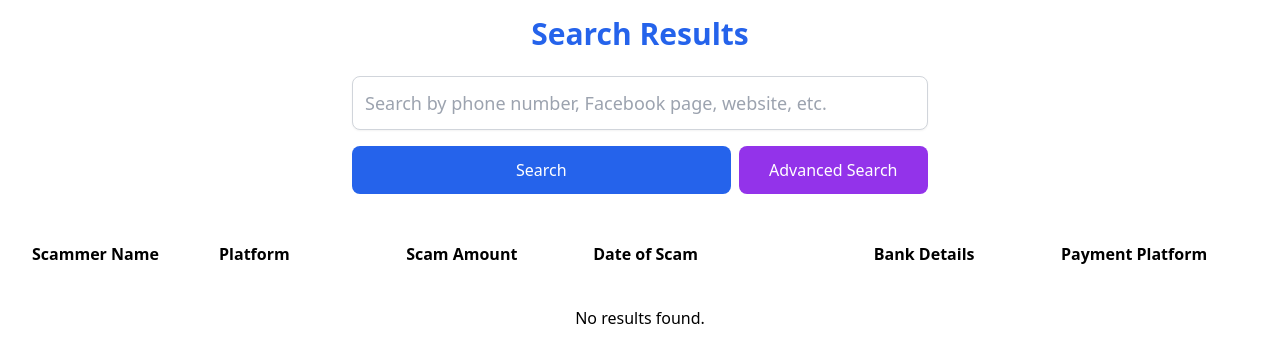
Repository: dev-athar/protarok
Page: /search
These files come from the project's save history. The page is drawn as it stood at one moment and after the next save; the edit follows.
The browser window is 1280 px wide. The pictures show the whole page.
The project was rebuilt for these pictures with package versions that can differ from the ones it lists, and the page was loaded fresh each time. Also part of the build but not shown: vite.config.ts, src/pages/RecentScamsList.tsx, src/pages/HomePage.tsx, src/pages/SubmitScamPage.tsx, src/pages/ImageUploader.tsx, src/pages/AdvancedSearchPage.tsx.

Above is the page before, as saved 2025-01-01 14:44:41.

After the next save:
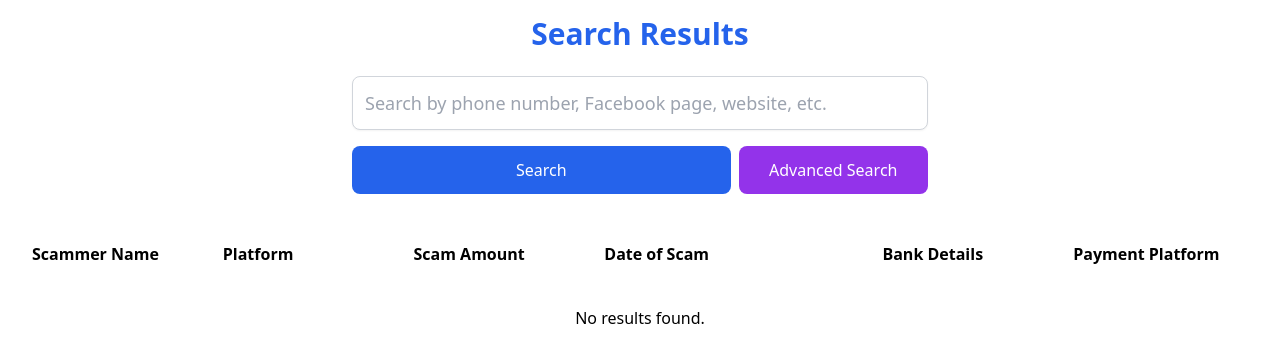
Saved 78 s later.
--- a/src/pages/SearchPage.tsx
+++ b/src/pages/SearchPage.tsx
@@ -54,7 +54,7 @@ const SearchPage = () => {
       <SearchBar onSearch={handleSearch} initialQuery={searchTerm} />
       <div className="mt-4">
         {/* Table Heading */}
-        <div className="grid grid-cols-[1fr_1fr_1fr_1.5fr_1fr_1fr] font-bold  p-4 rounded-t">
+        <div className="grid grid-cols-[1fr_1fr_1fr_1.5fr_1fr_1fr] font-bold  p-4 rounded-t gap-4">
           <span className="text-left">Scammer Name</span>
           <span className="text-left">Platform</span>
           <span className="text-left">Scam Amount</span>
